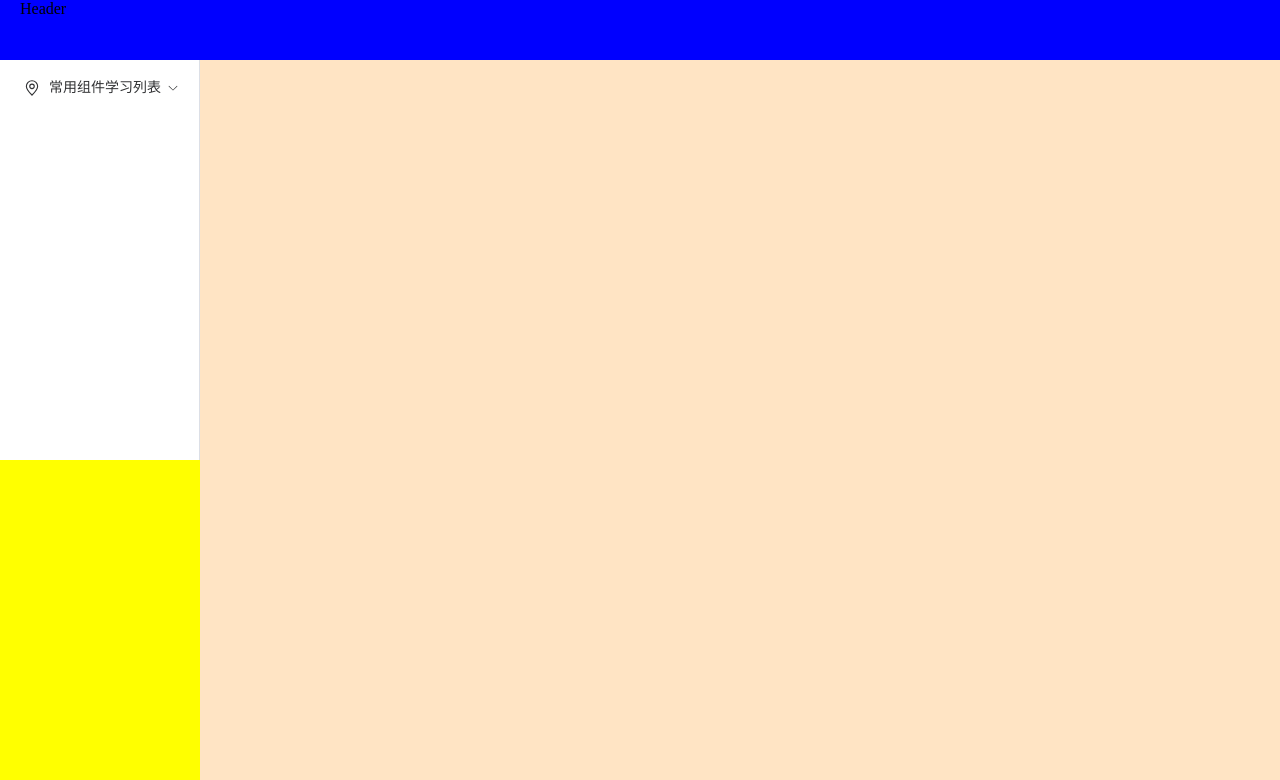
Repository: 553559555/vue3-project
Page: /#/index (app in vue3-app/)
An editor plug-in stored every save of this project. The page is shown before and after the next save, followed by the edit.
The browser window is 1280 px wide. The pictures show the whole page.
The project was rebuilt for these pictures with package versions that can differ from the ones it lists, and the page was loaded fresh each time. Also part of the build but not shown: vue3-app/vite.config.ts.

Above is the page before, as saved 2025-03-24 10:17:36.

### vue3-app/src/main.ts
import { createApp } from 'vue'
import ElementPlus from 'element-plus'
import 'element-plus/dist/index.css'
import router from './router'
import pinia from './stores'
import './style.css'
import App from './App.vue'

const app = createApp(App)
app.use(ElementPlus)
app.use(router)
app.use(pinia)

app.mount('#app')

### vue3-app/src/router/index.ts
import { createRouter, createWebHashHistory, createWebHistory } from 'vue-router'
import type { RouteRecordRaw } from 'vue-router'

const routes: Array<RouteRecordRaw> = [
  {
    path: '/',
    name: 'Login',
    component: () => import('../views/login.vue')
  },
  {
    path: '/index',
    name: 'index',
    component: () => import('../views/index.vue'),
    children: [
      {
        path: '/home',
        name: 'Home',
        component: () => import('../views/Home.vue')
      },
      {
        path: '/about',
        name: 'About',
        component: () => import('../views/About.vue')
      }
    ]
  }

]

const router = createRouter({
  history: createWebHashHistory(),
  routes
})

export default router

### vue3-app/src/stores/index.ts
import { createPinia } from 'pinia'

const pinia = createPinia()

export default pinia

### vue3-app/src/style.css
/* CSS 重置 */
* {
  margin: 0;
  padding: 0;
  box-sizing: border-box;
}

### vue3-app/src/App.vue
<script setup lang="ts">
import { RouterView } from 'vue-router'
</script>

<template>
    <router-view />
</template>

### vue3-app/src/views/index.vue
<template>
    <el-container class="container">
        <el-header>Header</el-header>
        <el-container>
            <el-aside width="200px">
                <home-left/>
            </el-aside>
            <el-main>
                <router-view>
                </router-view>
            </el-main>
        </el-container>
    </el-container>
</template>

<script setup>

import { RouterView } from 'vue-router'
import HomeLeft from './components/home-left.vue'

</script>



<style scoped lang="scss">

.container {
    width: 100vw;
    height: 100vh;

    .el-header {
        background-color: blue;
    }

    .el-container {
        background-color: aqua;

        .el-aside {
            background-color: yellow;
        }

        .el-main {
            background-color: bisque;
        }

    }

}

</style>

### vue3-app/src/views/components/home-left.vue
<template>
    <div class="container">
        <el-menu default-active="2" class="el-menu-vertical-demo" @open="handleOpen" @close="handleClose"
            @select="handleSelect">
            <el-sub-menu v-for="(items, index) in listData" :index="items.name" :key="index">
                <template #title>
                    <el-icon>
                        <location />
                    </el-icon>
                    <span>{{ items.name }}</span>
                </template>
                <el-menu-item v-for="(item, index) in items.children" :index="item.name">
                    <el-icon>
                        <location />
                    </el-icon>
                    <span>{{ item.name }}</span>
                </el-menu-item>
            </el-sub-menu>
        </el-menu>
    </div>
</template>

<script setup>
import { Location } from "@element-plus/icons-vue";

import { reactive, ref } from "vue";
const listData = reactive([
    {
        name: "常用组件学习列表",
        children: [
            {
                name: 'button'
            },
            {
                name: 'input'
            }
        ],
    },
]);
const isCollapse = ref(true);
const handleOpen = (key, keyPath) => {
    console.log(key, keyPath);
};
const handleClose = (key, keyPath) => {
    console.log(key, keyPath);
};

const handleSelect = (key, keyPath) => {
    console.log(key, keyPath);
};
</script>

<style scoped lang="scss">
.container {
    height: 100%;
    width: 200%;

    .el-menu-vertical-demo:not(.el-menu--collapse) {
        width: 200px;
        min-height: 400px;
    }
}
</style>

Loaded but not shown: vue3-app/index.html (common file)

After the next save:
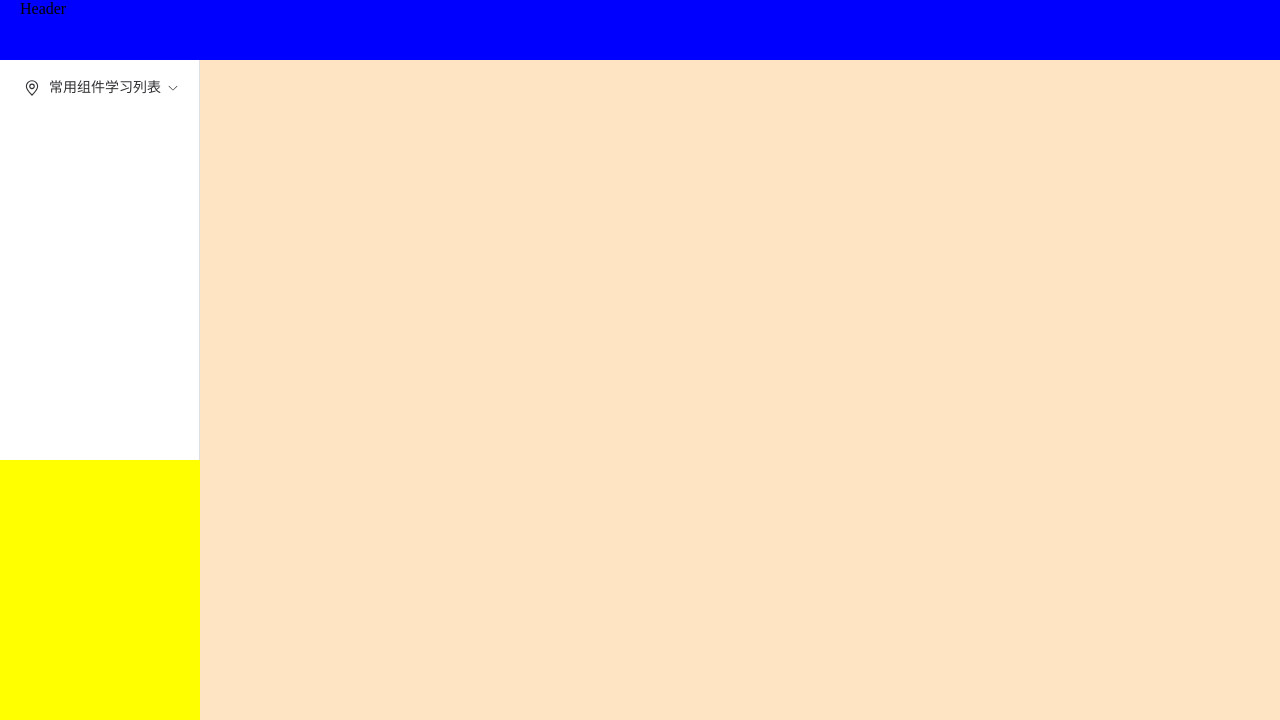
Saved 10 s later.
--- a/vue3-app/src/views/components/home-left.vue
+++ b/vue3-app/src/views/components/home-left.vue
@@ -1,5 +1,5 @@
 <template>
-    <div class="container">
+    <div class="left-container">
         <el-menu default-active="2" class="el-menu-vertical-demo" @open="handleOpen" @close="handleClose"
             @select="handleSelect">
             <el-sub-menu v-for="(items, index) in listData" :index="items.name" :key="index">
@@ -51,7 +51,7 @@
 </script>
 
 <style scoped lang="scss">
-.container {
+.left-container {
     height: 100%;
     width: 200%;
 

After the 2 saves that followed:
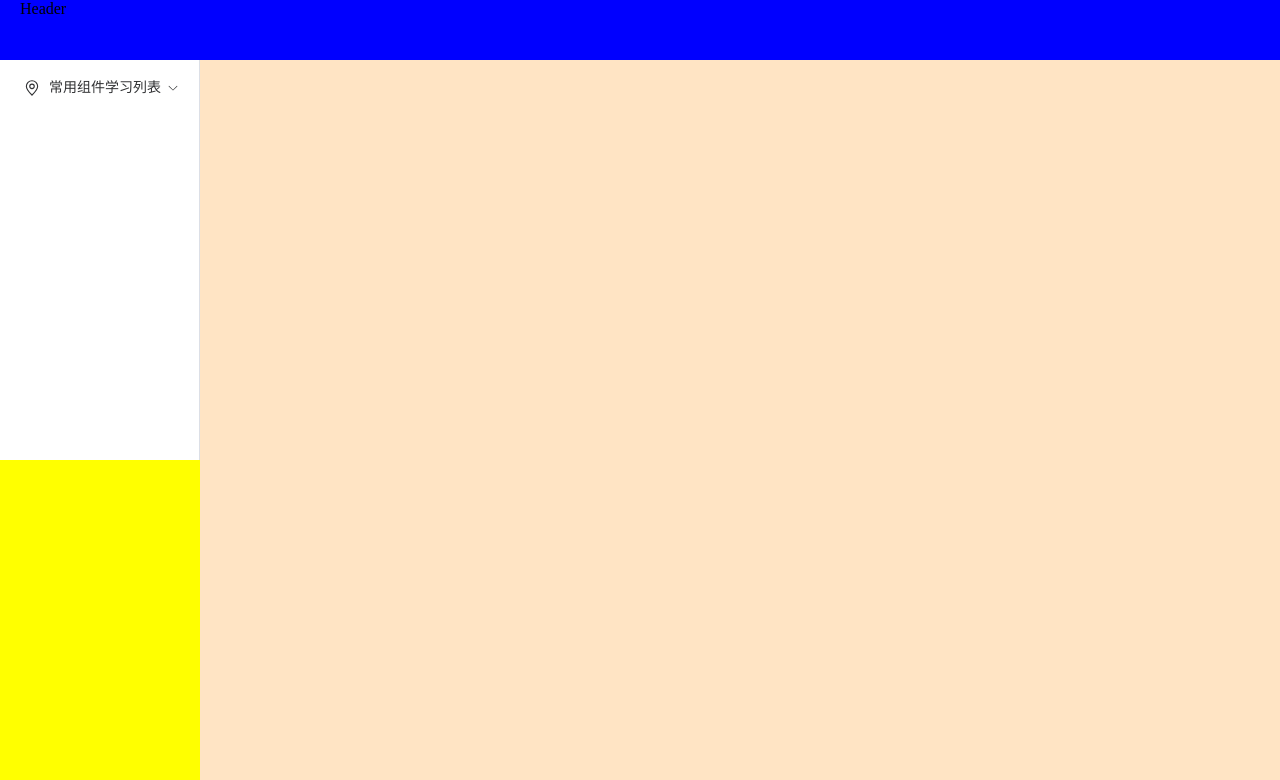
The 2 saves are shown as one change because 1 left the picture as it was.
The last was saved 32 s later.
--- a/vue3-app/src/views/components/home-left.vue
+++ b/vue3-app/src/views/components/home-left.vue
@@ -1,5 +1,5 @@
 <template>
-    <div class="left-container">
+    <div class="container">
         <el-menu default-active="2" class="el-menu-vertical-demo" @open="handleOpen" @close="handleClose"
             @select="handleSelect">
             <el-sub-menu v-for="(items, index) in listData" :index="items.name" :key="index">
@@ -51,9 +51,9 @@
 </script>
 
 <style scoped lang="scss">
-.left-container {
+.container {
     height: 100%;
-    width: 200%;
+    width: 100%;
 
     .el-menu-vertical-demo:not(.el-menu--collapse) {
         width: 200px;
